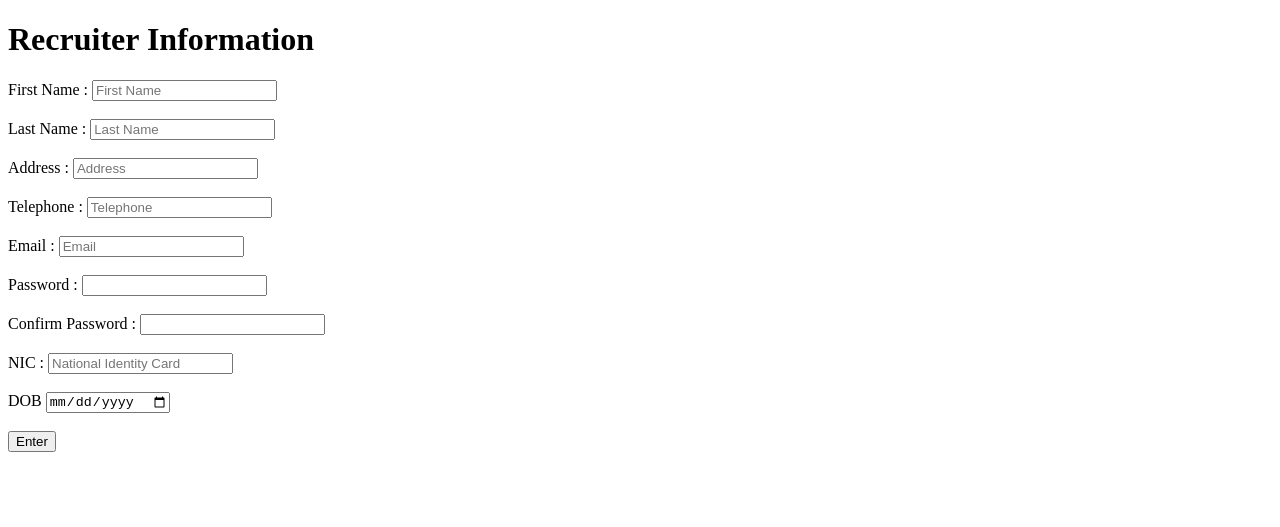
Repository: IT21221064/JobPortal
Page: http://localhost/JobApp/recruiterForm.jsp
These files come from the project's save history. The page is drawn as it stood at one moment and after the next save; the edit follows.
The browser window is 1280 px wide. The pictures show the whole page.
The page is served by Tomcat 9.

Above is the page before, as saved 2023-07-15 18:19:58.

### Project/JobApp/src/main/webapp/recruiterForm.jsp
<%@ page language="java" contentType="text/html; charset=ISO-8859-1"
    pageEncoding="ISO-8859-1"%>
<!DOCTYPE html>
<html>
<head>
<meta charset="ISO-8859-1">
<title>Insert title here</title>
</head>
<body>
<h1>Recruiter Information</h1>
 <label>First Name :</label>
 <input name="fname" class="form-control" placeholder="First Name" /><br><br>

 <label>Last Name :</label>
 <input name="lname" class="form-control" placeholder="Last Name" /><br><br>

 <label>Address : </label>
 <input name="address" class="form-control" placeholder="Address" /><br><br>

 <label>Telephone :</label >
 <input name="tp" class="form-control" type="text" placeholder="Telephone"/><br><br>

 <label>Email :</label>
 <input type="email" class="form-control" placeholder="Email" /><br><br>

  <label>Password :</label>
  <input type="password" class="form-control"/><br><br>

  <label>Confirm Password :</label>
  <input type="password" class="form-control"/><br><br>

 <label>NIC :</label>
 <input name="nic" class="form-control" placeholder="National Identity Card" type="text"/><br><br>

 <label>DOB</label>
 <input name="dob" class="form-control" type="date" placeholder="Date" value="dob" /><br><br>

 <input type="submit" value="Enter">

</body>
</html>

After the next save:
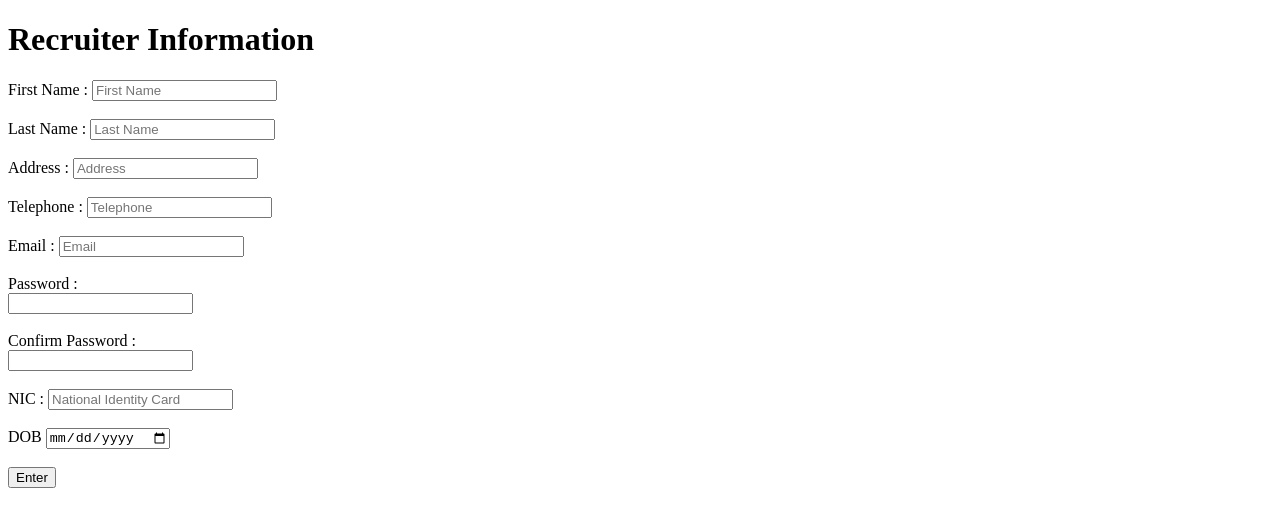
Saved 43 s later.
--- a/Project/JobApp/src/main/webapp/recruiterForm.jsp
+++ b/Project/JobApp/src/main/webapp/recruiterForm.jsp
@@ -23,10 +23,10 @@
  <label>Email :</label>
  <input type="email" class="form-control" placeholder="Email" /><br><br>
 
-  <label>Password :</label>
+  <label>Password :</label><br>
   <input type="password" class="form-control"/><br><br>
 
-  <label>Confirm Password :</label>
+  <label>Confirm Password :</label><br>
   <input type="password" class="form-control"/><br><br>
 
  <label>NIC :</label>
